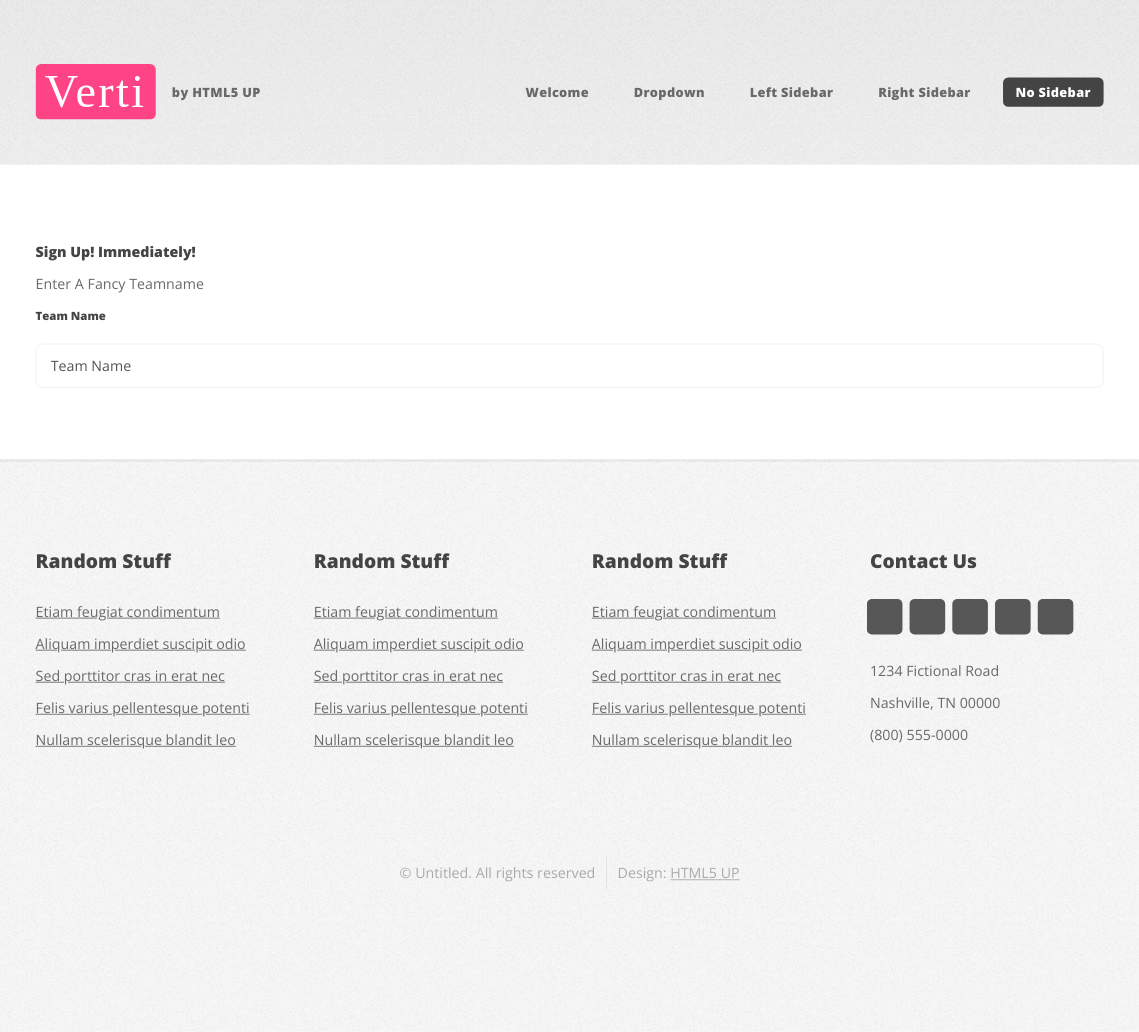
Repository: Tschav/ese2015_hello
Page: http://localhost/Skeleton/pages/new-team.jsp
An editor plug-in stored every save of this project. The page is shown before and after the next save, followed by the edit.
The browser window is 1280 px wide. The pictures show the whole page, at 89% of full size.
Some web fonts or font styles are not loaded; a fallback is used. The page is served by Tomcat 9. Nobody is signed in. The application's start-up code is not run. Other server files are loaded and not shown. The template is opened directly, without the code that normally fills it, so the values that code supplies are empty.

Above is the page before, as saved 2015-09-25 07:31:46.

### Skeleton/src/main/webapp/pages/new-team.jsp
<%@ page language="java" pageEncoding="UTF-8" contentType="text/html;charset=utf-8" %>
<%@ taglib prefix="c" uri="http://java.sun.com/jsp/jstl/core" %>
<%@ taglib prefix="form" uri="http://www.springframework.org/tags/form" %>
<%@ taglib prefix="spring" uri="http://www.springframework.org/tags" %>


<c:import url="template/header.jsp" />


<h1>Sign Up! Immediately!</h1>


<form:form method="post" modelAttribute="signupTeam" action="createTeam" id="signupTeam" cssClass="form-horizontal"  autocomplete="off">
    <fieldset>
        <legend>Enter A Fancy Teamname</legend>

		<c:set var="teamNameErrors"><form:errors path="teamName"/></c:set>
        <div class="control-group<c:if test="${not empty teamNameErrors}"> error</c:if>">
            <label class="control-label" for="field-teamName">Team Name</label>
            <div class="controls">
                <form:input path="teamName" id="field-teamName" tabindex="1" maxlength="35" placeholder="Team Name"/>
                <form:errors path="teamName" cssClass="help-inline" element="span"/>
            </div>
        </div>
    </fieldset>
</form:form>




	<c:if test="${page_error != null }">
        <div class="alert alert-error">
            <button type="button" class="close" data-dismiss="alert">&times;</button>
            <h4>Error!</h4>
                ${page_error}
        </div>
    </c:if>


<c:import url="template/footer.jsp" />

### Skeleton/src/main/webapp/pages/template/header.jsp



<!DOCTYPE HTML>
<!--
	Verti by HTML5 UP
	html5up.net | @n33co
	Free for personal and commercial use under the CCA 3.0 license (html5up.net/license)
-->
<html>
	<head>
		<title>No Sidebar - Verti by HTML5 UP</title>
		<meta http-equiv="content-type" content="text/html; charset=utf-8" />
		<meta name="description" content="" />
		<meta name="keywords" content="" />
		<!--[if lte IE 8]><script src="/Skeleton/css/ie/html5shiv.js"></script><![endif]-->
		<script src="/Skeleton/js/jquery.min.js"></script>
		<script src="/Skeleton/js/jquery.dropotron.min.js"></script>
		<script src="/Skeleton/js/skel.min.js"></script>
		<script src="/Skeleton/js/skel-layers.min.js"></script>
		<script src="/Skeleton/js/init.js"></script>
		<noscript>
			<link rel="stylesheet" href="/Skeleton/css/skel.css" />
			<link rel="stylesheet" href="/Skeleton/css/style.css" />
			<link rel="stylesheet" href="/Skeleton/css/style-desktop.css" />
		</noscript>
		<!--[if lte IE 8]><link rel="stylesheet" href="/Skeleton/css/ie/v8.css" /><![endif]-->
	</head>
	<body class="no-sidebar">

		<!-- Header -->
			<div id="header-wrapper">
				<header id="header" class="container">

					<!-- Logo -->
						<div id="logo">
							<h1><a href="index.html">Verti</a></h1>
							<span>by HTML5 UP</span>
						</div>

					<!-- Nav -->
						<nav id="nav">
							<ul>
								<li><a href="index.html">Welcome</a></li>
								<li>
									<a href="">Dropdown</a>
									<ul>
										<li><a href="#">Lorem ipsum dolor</a></li>
										<li><a href="#">Magna phasellus</a></li>
										<li>
											<a href="">Phasellus consequat</a>
											<ul>
												<li><a href="#">Lorem ipsum dolor</a></li>
												<li><a href="#">Phasellus consequat</a></li>
												<li><a href="#">Magna phasellus</a></li>
												<li><a href="#">Etiam dolore nisl</a></li>
											</ul>
										</li>
										<li><a href="#">Veroeros feugiat</a></li>
									</ul>
								</li>
								<li><a href="left-sidebar.html">Left Sidebar</a></li>
								<li><a href="right-sidebar.html">Right Sidebar</a></li>
								<li class="current"><a href="no-sidebar.html">No Sidebar</a></li>
							</ul>
						</nav>

				</header>
			</div>

		<!-- Main -->
			<div id="main-wrapper">
				<div class="container">
					<div id="content">

						<!-- Content -->
							<article>

### Skeleton/src/main/webapp/pages/template/footer.jsp
	</article>

					</div>
				</div>
			</div>

		<!-- Footer -->
			<div id="footer-wrapper">
				<footer id="footer" class="container">
					<div class="row">
						<div class="3u">

							<!-- Links -->
								<section class="widget links">
									<h3>Random Stuff</h3>
									<ul class="style2">
										<li><a href="#">Etiam feugiat condimentum</a></li>
										<li><a href="#">Aliquam imperdiet suscipit odio</a></li>
										<li><a href="#">Sed porttitor cras in erat nec</a></li>
										<li><a href="#">Felis varius pellentesque potenti</a></li>
										<li><a href="#">Nullam scelerisque blandit leo</a></li>
									</ul>
								</section>

						</div>
						<div class="3u">

							<!-- Links -->
								<section class="widget links">
									<h3>Random Stuff</h3>
									<ul class="style2">
										<li><a href="#">Etiam feugiat condimentum</a></li>
										<li><a href="#">Aliquam imperdiet suscipit odio</a></li>
										<li><a href="#">Sed porttitor cras in erat nec</a></li>
										<li><a href="#">Felis varius pellentesque potenti</a></li>
										<li><a href="#">Nullam scelerisque blandit leo</a></li>
									</ul>
								</section>

						</div>
						<div class="3u">

							<!-- Links -->
								<section class="widget links">
									<h3>Random Stuff</h3>
									<ul class="style2">
										<li><a href="#">Etiam feugiat condimentum</a></li>
										<li><a href="#">Aliquam imperdiet suscipit odio</a></li>
										<li><a href="#">Sed porttitor cras in erat nec</a></li>
										<li><a href="#">Felis varius pellentesque potenti</a></li>
										<li><a href="#">Nullam scelerisque blandit leo</a></li>
									</ul>
								</section>

						</div>
						<div class="3u">

							<!-- Contact -->
								<section class="widget contact last">
									<h3>Contact Us</h3>
									<ul>
										<li><a href="#" class="icon fa-twitter"><span class="label">Twitter</span></a></li>
										<li><a href="#" class="icon fa-facebook"><span class="label">Facebook</span></a></li>
										<li><a href="#" class="icon fa-instagram"><span class="label">Instagram</span></a></li>
										<li><a href="#" class="icon fa-dribbble"><span class="label">Dribbble</span></a></li>
										<li><a href="#" class="icon fa-pinterest"><span class="label">Pinterest</span></a></li>
									</ul>
									<p>1234 Fictional Road<br />
									Nashville, TN 00000<br />
									(800) 555-0000</p>
								</section>

						</div>
					</div>
					<div class="row">
						<div class="12u">
							<div id="copyright">
								<ul class="menu">
									<li>&copy; Untitled. All rights reserved</li><li>Design: <a href="http://html5up.net">HTML5 UP</a></li>
								</ul>
							</div>
						</div>
					</div>
				</footer>
			</div>

	</body>
</html>

### Skeleton/src/main/webapp/css/style-desktop.css
/*
	Verti by HTML5 UP
	html5up.net | @n33co
	Free for personal and commercial use under the CCA 3.0 license (html5up.net/license)
*/

/*********************************************************************************/
/* Basic                                                                         */
/*********************************************************************************/

	body
	{
		line-height: 2.25em;
	}

	h2
	{
		font-size: 2.25em;
		margin: 0 0 1.1em 0;
		line-height: 1em;
	}

	h3
	{
		font-size: 1.35em;
		margin: 0 0 1em 0;
	}

	/* Button */

		input[type="button"],
		input[type="submit"],
		input[type="reset"],
		.button
		{
			font-size: 1.35em;
			padding: 0.6em 1.5em;
		}

			input[type="button"].big,
			input[type="submit"].big,
			input[type="reset"].big,
			.button.big
			{
				font-size: 2.25em;
				padding: 0.8em 0.9em;
			}

			.button.icon
			{
			}

				.button.icon:before
				{
					margin-right: 0.5em;
					top: 0.05em;
				}

	/* Box */

		.box
		{
			padding: 2em;
		}

			.box.feature
			{
				padding: 0;
			}

				.box.feature .inner
				{
					padding: 4em 2em 3em 2em;
				}

				.box.feature h2
				{
					font-size: 1.35em;
				}

				.box.feature p
				{
					margin: 0;
				}

				.box.feature .image
				{
					position: relative;
					margin: 0;
				}

					.box.feature .image img
					{
						border-bottom-left-radius: 0;
						border-bottom-right-radius: 0;
					}

/*********************************************************************************/
/* Widgets                                                                       */
/*********************************************************************************/

	.widget
	{
	}

		.widget.thumbnails
		{
		}

			.widget.thumbnails .grid
			{
				margin: 0 0 3em 0;
			}

			.widget.thumbnails .image
			{
				margin: 0;
			}

/*********************************************************************************/
/* Wrappers                                                                      */
/*********************************************************************************/

	#header-wrapper
	{
		padding: 4.5em 0 1em 0;
	}

	#features-wrapper
	{
		padding: 3em 0 3em 0;
	}

	#main-wrapper
	{
		padding: 5em 0 5em 0;
	}

	#footer-wrapper
	{
		padding: 6em 0 8em 0;
	}

/*********************************************************************************/
/* Logo                                                                          */
/*********************************************************************************/

	#logo
	{
	}

		#logo h1
		{
			float: left;
			margin: 0 0.35em 0 0;
			padding: 0.25em 0.2em 0.25em 0.2em;
			font-size: 3.25em;
			letter-spacing: 0.05em;
		}

		#logo span
		{
			line-height: 4.5em;
			letter-spacing: 0.025em;
			font-size: 0.9em;
		}

/*********************************************************************************/
/* Nav                                                                           */
/*********************************************************************************/

	#nav
	{
		position: absolute;
		right: 0;
		top: 0;
		font-size: 0.9em;
	}

		#nav ul
		{
		}

			#nav ul li
			{
				float: left;
				line-height: 4.5em;
				padding-left: 1.5em;
			}

				#nav ul li a,
				#nav ul li span
				{
					font-weight: 800;
					letter-spacing: 0.025em;
					color: #696969;
					text-decoration: none;
					border-radius: 6px;
					padding: 0.5em 1em 0.5em 1em;
					-moz-transition: background-color .25s ease-in-out;
					-webkit-transition: background-color .25s ease-in-out;
					-o-transition: background-color .25s ease-in-out;
					-ms-transition: background-color .25s ease-in-out;
					transition: background-color .25s ease-in-out;
				}

				#nav ul li > ul
				{
					display: none;
				}

			#nav ul li:hover
			{
			}

				#nav ul li:hover a,
				#nav ul li:hover span
				{
					background: #fff;
				}

			#nav ul li.active
			{
			}

				#nav ul li.active a,
				#nav ul li.active span
				{
					background: #fff;
				}

			#nav ul li.current
			{
			}

				#nav ul li.current a
				{
					background: #444;
					color: #fff;
				}

	.dropotron
	{
		background: #fff;
		letter-spacing: 0.025em;
		color: #696969;
		text-decoration: none;
		border-radius: 6px;
		padding: 0.75em 0;
		min-width: 15em;
		box-shadow: inset 0 0 0 1px rgba(0,0,0,0.1), 0 0.25em 0.25em 0.1em rgba(0,0,0,0.025);
		margin-top: calc(-0.75em + 1px);
		margin-left: -1px;
	}

		.dropotron li
		{
			border-top: solid 1px #eee;
			line-height: 3em;
		}

			.dropotron li:first-child
			{
				border-top: 0;
			}

			.dropotron li > a,
			.dropotron li > span
			{
				text-decoration: none;
				color: inherit;
				display: block;
				padding: 0 1.5em;
				-moz-transition: color .25s ease-in-out, background-color .25s ease-in-out;
				-webkit-transition: color .25s ease-in-out, background-color .25s ease-in-out;
				-o-transition: color .25s ease-in-out, background-color .25s ease-in-out;
				-ms-transition: color .25s ease-in-out, background-color .25s ease-in-out;
				transition: color .25s ease-in-out, background-color .25s ease-in-out;
			}

				.dropotron li > a:hover,
				.dropotron li > span:hover,
				.dropotron li.active > a,
				.dropotron li.active > span
				{
					background: #eee;
				}

		.dropotron.level-0
		{
			font-size: 0.8em;
			margin-left: 1.5em;
			margin-top: 0;
		}

			.dropotron.level-0:before
			{
				content: '';
				position: absolute;
				top: -0.5em;
				left: 1em;
				border-bottom: solid 0.75em #ffffff;
				border-left: solid 0.75em transparent;
				border-right: solid 0.75em transparent;
				z-index: 1;
			}

/*********************************************************************************/
/* Banner                                                                        */
/*********************************************************************************/

	#banner
	{
		padding: 4.5em;
	}

		#banner h2
		{
			font-size: 3.5em;
			margin: 0.1em 0 0.35em 0;
		}

		#banner p
		{
			font-size: 2.75em;
			line-height: 1.35em;
			margin: 0;
		}

		#banner .button
		{
			width: 100%;
			margin-bottom: 0.5em;
		}

			#banner .button.icon:before
			{
				position: absolute;
				right: 0.15em;
				top: 50%;
				margin-top: -0.5em;
			}

		#banner .button.alt
		{
			margin-bottom: 0;
		}

		#banner ul
		{
			margin: 0 0 0 2em;
		}

/*********************************************************************************/
/* Footer                                                                        */
/*********************************************************************************/

	#footer
	{
	}

	#copyright
	{
		padding: 4em 0 0 0;
		text-align: center;
	}

Loaded but not shown: Skeleton/src/main/webapp/js/jquery.min.js (library); Skeleton/src/main/webapp/js/jquery.dropotron.min.js (library); Skeleton/src/main/webapp/js/skel.min.js (library); Skeleton/src/main/webapp/js/skel-layers.min.js (library); Skeleton/src/main/webapp/css/font-awesome.min.css (library); Skeleton/src/main/webapp/js/init.js (81 lines, source omitted); Skeleton/src/main/webapp/css/style.css (670 lines, source omitted)

After the next save:
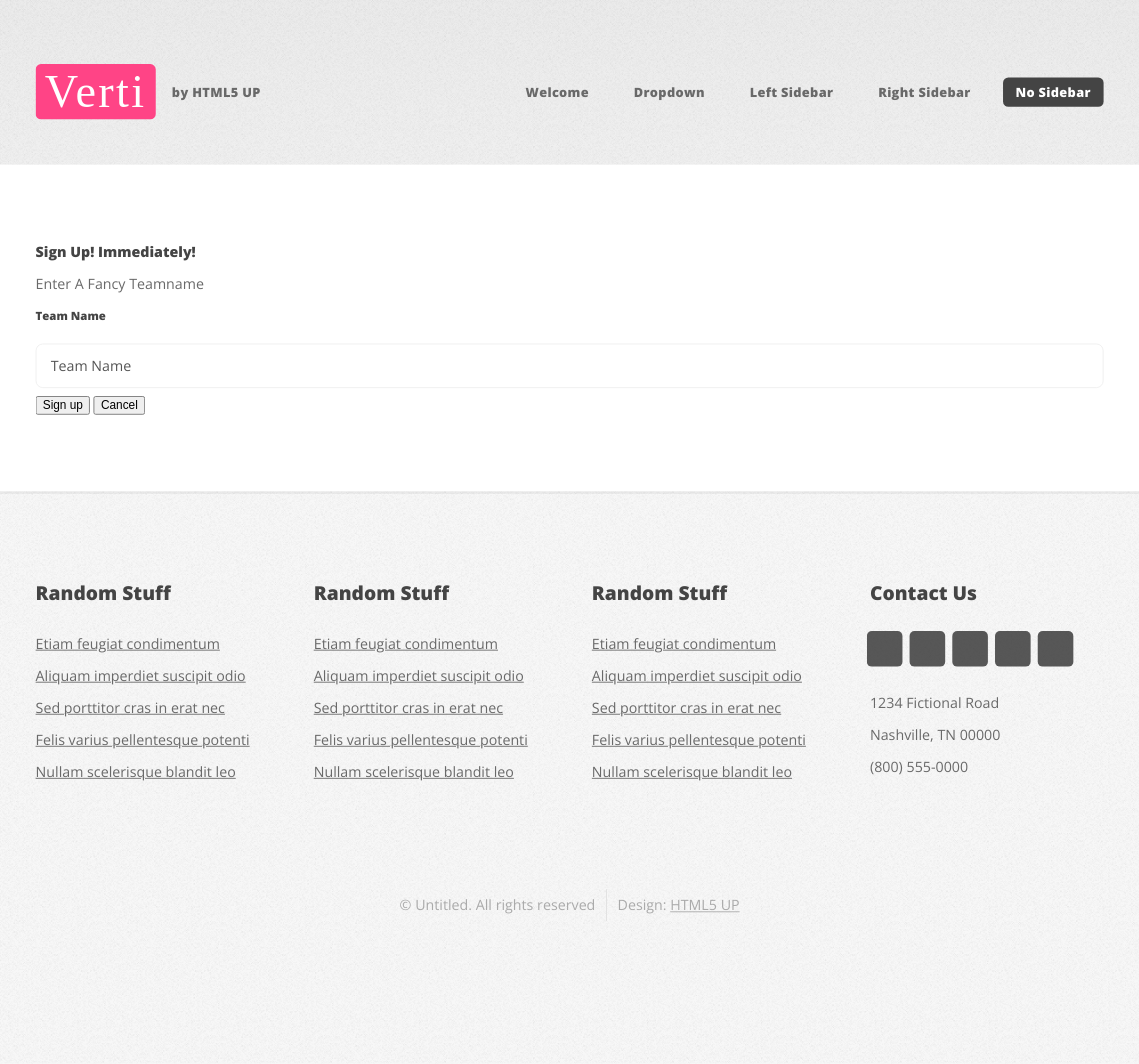
Saved 2 min 38 s later.
--- a/Skeleton/src/main/webapp/pages/new-team.jsp
+++ b/Skeleton/src/main/webapp/pages/new-team.jsp
@@ -22,6 +22,10 @@
                 <form:errors path="teamName" cssClass="help-inline" element="span"/>
             </div>
         </div>
+        <div class="form-actions">
+            <button type="submit" class="btn btn-primary">Sign up</button>
+            <button type="button" class="btn">Cancel</button>
+        </div>
     </fieldset>
 </form:form>
 
